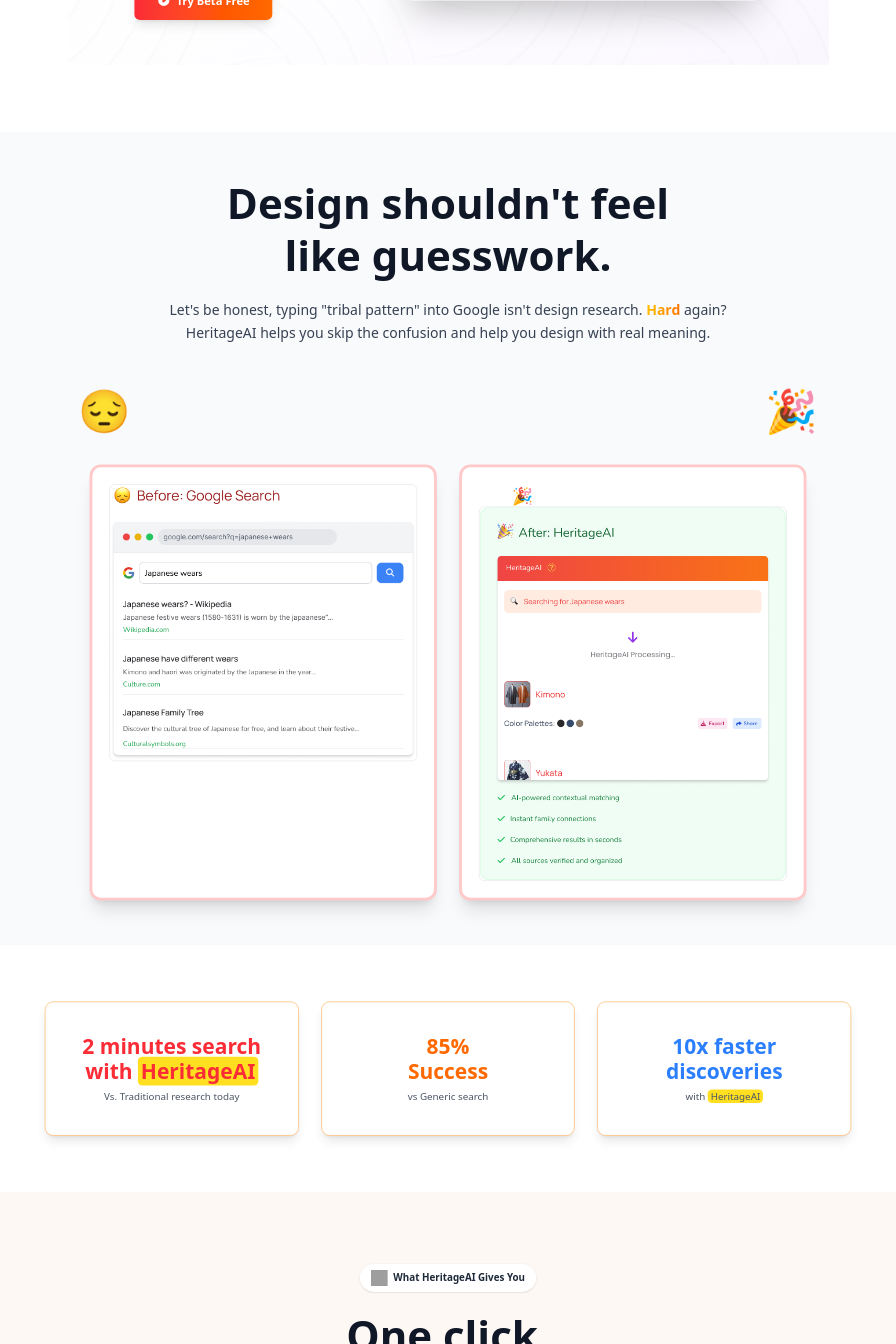
Repository: Em-driod/Heritage
Page: /
The author's editor kept a copy of each file at every save. The page is drawn from the files as they stood at one save, then again after the next save.
The browser window is 1280 px wide. The pictures show the part of the page from y = 791 to 2711 px (the page is 5866 px tall), at 70% of full size.
Pictures or frames that could not be fetched are drawn as grey boxes. The project was rebuilt for these pictures with package versions that can differ from the ones it lists, and the page was loaded fresh each time. Also part of the build but not shown: vite.config.ts.

Above is the page before, as saved 2025-07-08 17:50:44.

After the next save:
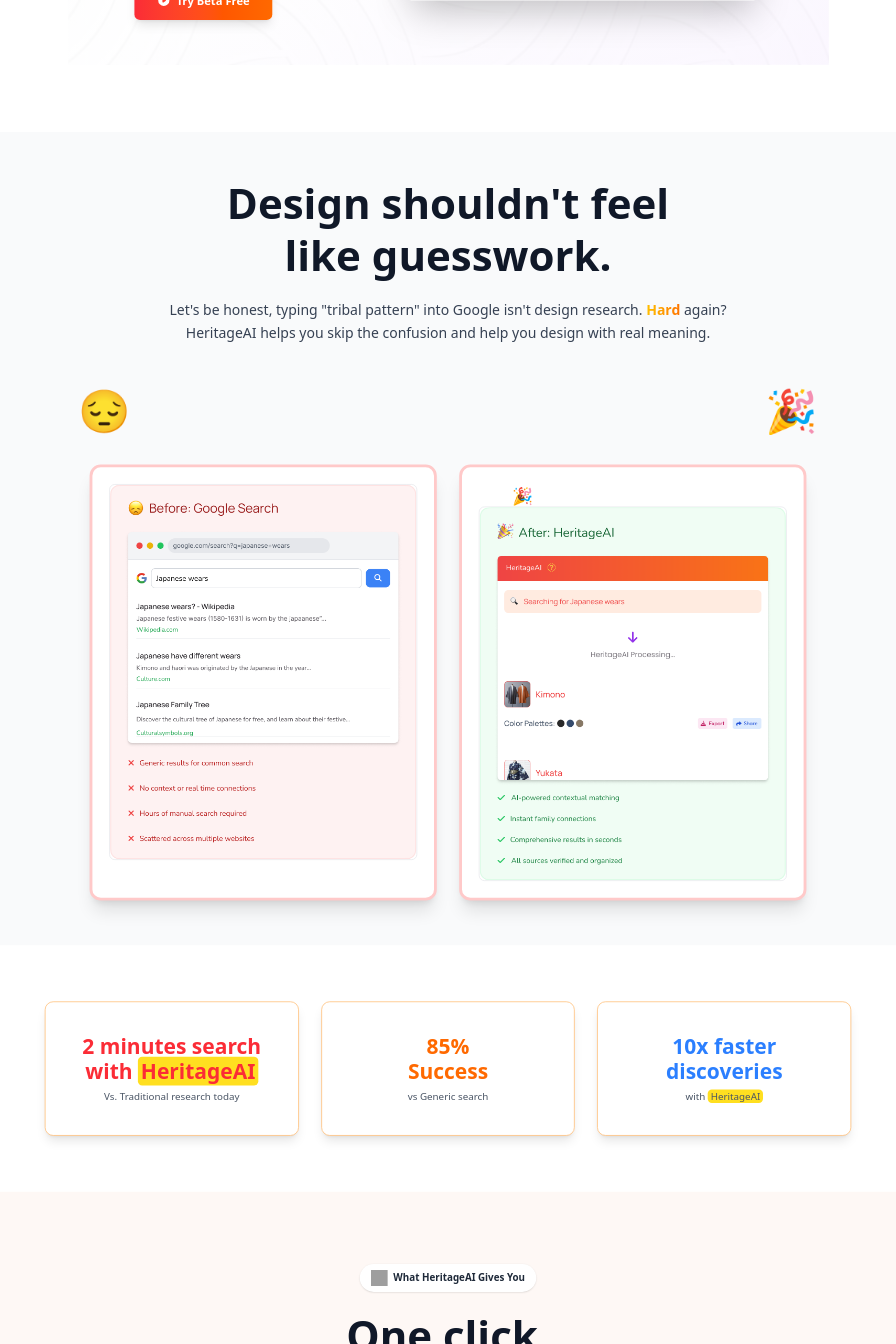
Saved 2 min 8 s later.
--- a/src/components/landsecont.tsx
+++ b/src/components/landsecont.tsx
@@ -33,7 +33,7 @@
         <div className="bg-white rounded-2xl shadow-xl flex-1 border-4 border-red-200 p-6 flex flex-col">
 
           <img
-            src="/before.png"
+            src="/afre.png"
             alt="Google Search Screenshot"
             className="rounded-lg border border-gray-200 w-full object-cover"
           />
